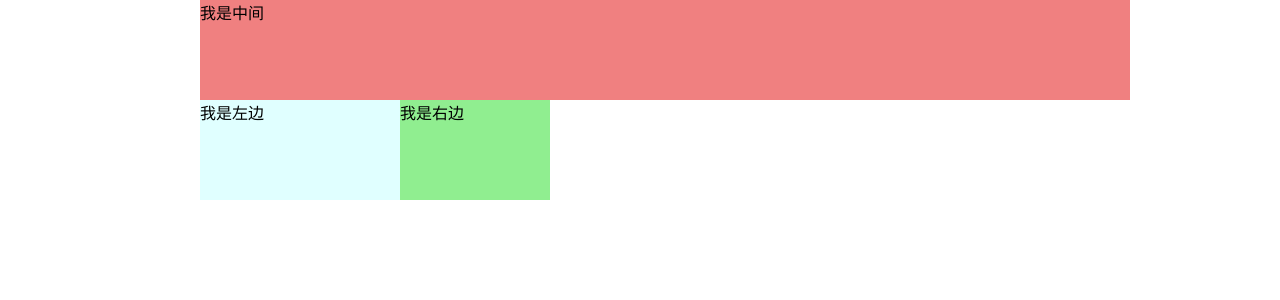
Repository: ljwrookie/Front-end-interview-handwritten-code
Page: css布局/圣杯布局.html
The author's editor kept a copy of each file at every save. The page is drawn from the files as they stood at one save, then again after the next save.
The browser window is 1280 px wide. The pictures show the whole page.

Above is the page before, as saved 2022-04-07 15:46:42.

After the next save:
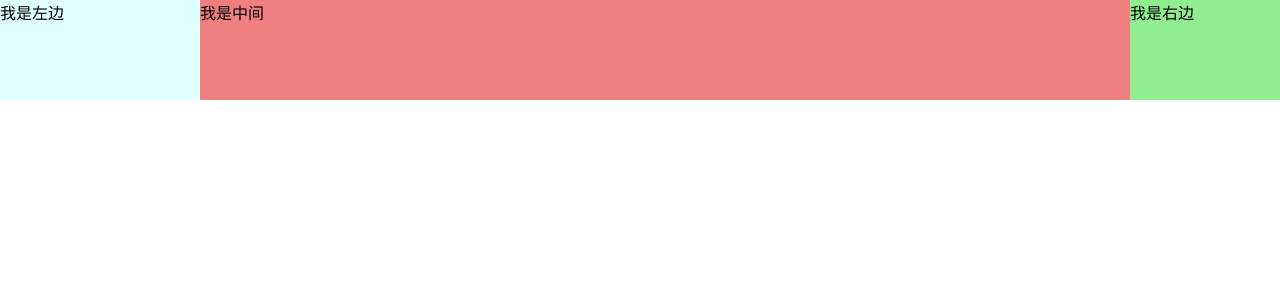
Saved 19 s later.
--- a/css布局/圣杯布局.html
+++ b/css布局/圣杯布局.html
@@ -26,9 +26,9 @@
 			}
 			.left {
 				width: 200px;
-				/* position: relative;
-				left: -200px; */
-				/* margin-left: -100%; */
+				position: relative;
+				left: -200px;
+				margin-left: -100%;
 				background-color: lightcyan;
 			}
 			.right {
